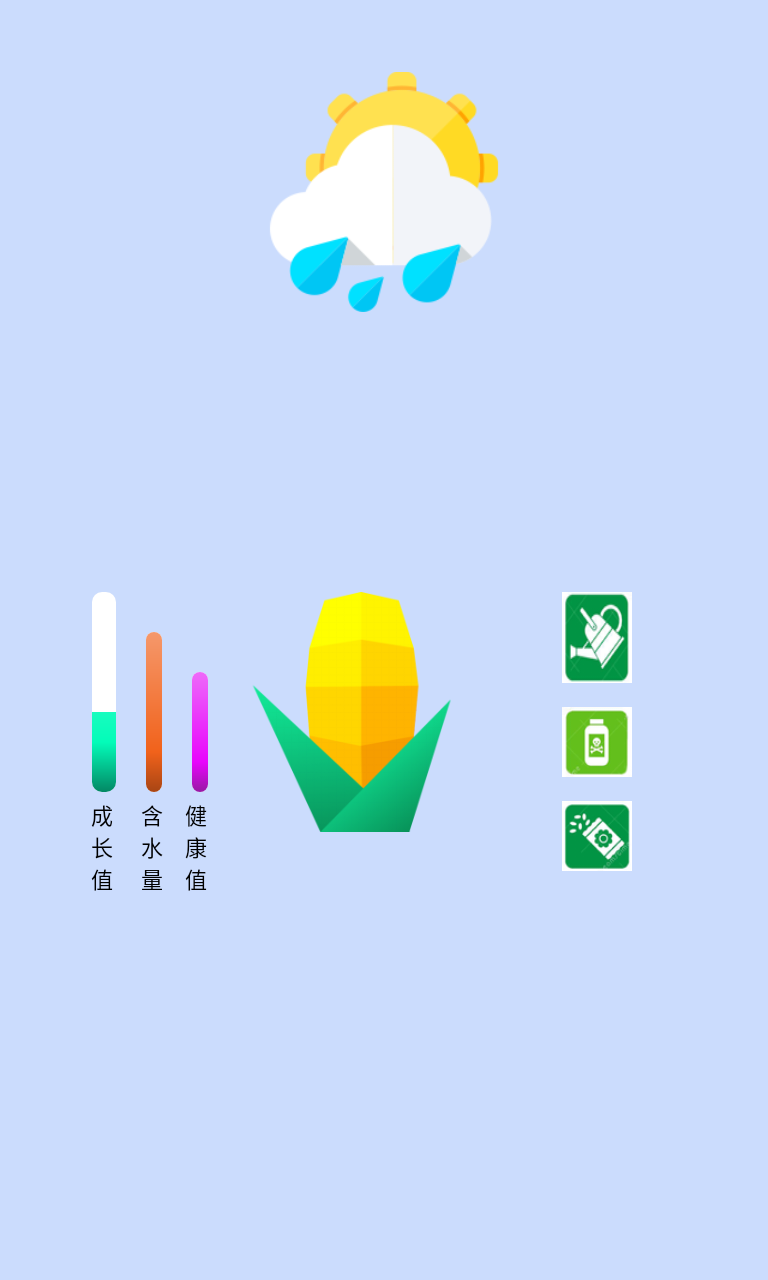
Repository: DraceWang/YumiTianqi
Layout: YumiTianqi/res/layout/fragment_main.xml
The author's editor kept a copy of each file at every save. The layout is drawn from the files as they stood at one save, then again after the next save.
It is drawn on a 768 x 1280 px phone screen (xhdpi) without system bars, with theme AppTheme; the app's code is not run. Lists and similar views that code fills are empty.

Above is the layout before, as saved 2015-05-20 02:46:31.

### YumiTianqi/res/layout/fragment_main.xml
<RelativeLayout xmlns:android="http://schemas.android.com/apk/res/android"
    xmlns:tools="http://schemas.android.com/tools"
    android:layout_width="match_parent"
    android:layout_height="match_parent"
    android:background="#cbdcfd"
    android:paddingBottom="@dimen/activity_vertical_margin"
    android:paddingLeft="@dimen/activity_horizontal_margin"
    android:paddingRight="@dimen/activity_horizontal_margin"
    android:paddingTop="@dimen/activity_vertical_margin"
    tools:context="com.boyumi.yumitianqi.MainActivity$PlaceholderFragment" >

    <TextView
        android:id="@+id/CityName"
        android:layout_width="wrap_content"
        android:layout_height="wrap_content"
        android:layout_marginLeft="20dp"
        android:layout_marginTop="20dp"
        android:textColor="#000"
        android:textSize="10pt" />

    <TextView
        android:id="@+id/currentTemperature"
        android:layout_width="wrap_content"
        android:layout_height="wrap_content"
        android:layout_alignParentRight="true"
        android:layout_alignTop="@+id/CityName"
        android:layout_marginRight="20dp"
        android:textColor="#000"
        android:textSize="10pt" />

    <ImageView
        android:id="@+id/WeatherIcon"
        android:layout_width="120dp"
        android:layout_height="120dp"
        android:layout_alignTop="@+id/CityName"
        android:layout_centerHorizontal="true"
        android:src="@drawable/sunnyrain" />

    <TextView
        android:layout_width="wrap_content"
        android:layout_height="wrap_content"
        android:id="@+id/WeatherCondition"
        android:layout_below="@+id/WeatherIcon"
        android:layout_centerHorizontal="true"
        android:layout_marginTop="5dp"
        android:textSize="10pt"
        android:textColor="#000"
        />

    <TextView
        android:layout_width="wrap_content"
        android:layout_height="wrap_content"
        android:id="@+id/date"
        android:layout_alignParentBottom="true"
        android:layout_alignParentRight="true"
        android:layout_marginRight="5dp"
        android:layout_marginBottom="2dp"
        android:textSize="5pt"
        android:textColor="#666"
        />

    <TableLayout android:layout_width="60dp" android:layout_height="wrap_content" android:id="@+id/btn_AQ" android:layout_above="@+id/body" android:layout_marginLeft="10dp" android:layout_marginBottom="-100dp">

        <TableRow android:layout_width="wrap_content" android:layout_height="wrap_content">
            <TextView android:id="@+id/AQ_title" android:layout_width="60dp" android:layout_height="20dp" android:layout_alignParentLeft="true" android:gravity="center" android:textSize="6pt" />
        </TableRow>

        <TableRow android:layout_width="wrap_content" android:layout_height="wrap_content">
            <TextView android:id="@+id/AQ_content" android:layout_width="60dp" android:layout_height="20dp" android:gravity="center" android:layout_below="@+id/AQ_title" />
        </TableRow>


    </TableLayout>
    <HorizontalScrollView
        android:id="@+id/body"
        android:layout_width="wrap_content"
        android:layout_height="match_parent"
        android:layout_below="@+id/WeatherIcon"
        android:layout_centerHorizontal="true"
        android:layout_marginTop="100dp"
        android:layout_alignParentBottom="true"
        android:scrollbars="none" >

        <LinearLayout
            android:layout_width="wrap_content"
            android:layout_height="wrap_content"
            android:orientation="horizontal" >

            <RelativeLayout
                android:layout_width="320dp"
                android:layout_height="wrap_content"
                android:paddingLeft="15dp" >

                <ImageView
                    android:id="@+id/cron"
                    android:layout_width="120dp"
                    android:layout_height="120dp"
                    android:layout_centerHorizontal="true"
                    android:layout_marginTop="40dp"
                    android:src="@drawable/cron" />

                <ProgressBar
                    android:id="@+id/progressBar_gv"
                    style="?android:attr/progressBarStyleHorizontal"
                    android:layout_width="12dp"
                    android:layout_height="100dp"
                    android:layout_alignTop="@+id/cron"
                    android:layout_marginLeft="15dp"
                    android:max="200"
                    android:progress="80"
                    android:progressDrawable="@drawable/mybar_gv" />

                <ProgressBar
                    android:id="@+id/progressBar_wv"
                    style="?android:attr/progressBarStyleHorizontal"
                    android:layout_width="8dp"
                    android:layout_height="80dp"
                    android:layout_above="@+id/Date"
                    android:layout_alignBottom="@+id/progressBar_gv"
                    android:layout_marginLeft="15dp"
                    android:layout_toRightOf="@+id/progressBar_gv"
                    android:max="50"
                    android:progress="80"
                    android:progressDrawable="@drawable/mybar_wv" />

                <ProgressBar
                    android:id="@+id/progressBar_hv"
                    style="?android:attr/progressBarStyleHorizontal"
                    android:layout_width="8dp"
                    android:layout_height="60dp"
                    android:layout_above="@+id/Date"
                    android:layout_alignBottom="@+id/progressBar_gv"
                    android:layout_marginLeft="15dp"
                    android:layout_toRightOf="@+id/progressBar_wv"
                    android:max="10"
                    android:progress="80"
                    android:progressDrawable="@drawable/mybar_hv" />

                <ImageButton
                    android:id="@+id/imageButton_water"
                    android:layout_width="35dp"
                    android:layout_height="35dp"
                    android:layout_above="@+id/imageButton_bug"
                    android:layout_alignParentRight="true"
                    android:layout_alignTop="@+id/cron"
                    android:layout_marginBottom="12dp"
                    android:layout_marginRight="20dp"
                    android:background="@drawable/water"
                    android:onClick="water"
                    android:scaleType="fitCenter" />

                <ImageButton
                    android:id="@+id/imageButton_bug"
                    android:layout_width="35dp"
                    android:layout_height="35dp"
                    android:layout_above="@+id/imageButton_feiliao"
                    android:layout_alignLeft="@+id/imageButton_water"
                    android:layout_alignParentRight="true"
                    android:layout_marginBottom="12dp"
                    android:layout_marginRight="20dp"
                    android:background="@drawable/bug"
                    android:scaleType="fitCenter" />

                <ImageButton
                    android:id="@+id/imageButton_feiliao"
                    android:layout_width="35dp"
                    android:layout_height="35dp"
                    android:layout_alignBottom="@+id/cron"
                    android:layout_alignLeft="@+id/imageButton_water"
                    android:layout_alignParentRight="true"
                    android:layout_marginRight="20dp"
                    android:layout_marginBottom="-20dp"
                    android:background="@drawable/feiliao"
                    android:scaleType="fitCenter" />

                <TextView
                    android:id="@+id/grown"
                    android:layout_width="12dp"
                    android:layout_height="wrap_content"
                    android:layout_alignLeft="@+id/progressBar_gv"
                    android:layout_below="@+id/progressBar_gv"
                    android:layout_marginTop="3dp"
                    android:layout_marginLeft="-1dp"
                    android:text="成长值"
                    android:textColor="#000"
                    android:textSize="5pt" />

                <TextView
                    android:id="@+id/water"
                    android:layout_width="12dp"
                    android:layout_height="wrap_content"
                    android:layout_alignLeft="@+id/progressBar_wv"
                    android:layout_below="@+id/progressBar_wv"
                    android:layout_marginTop="3dp"
                    android:layout_marginLeft="-3dp"
                    android:text="含水量"
                    android:textColor="#000"
                    android:textSize="5pt" />

                <TextView
                    android:id="@+id/healthy"
                    android:layout_width="12dp"
                    android:layout_height="wrap_content"
                    android:layout_alignLeft="@+id/progressBar_hv"
                    android:layout_below="@+id/progressBar_hv"
                    android:layout_marginTop="3dp"
                    android:layout_marginLeft="-4dp"
                    android:text="健康值"
                    android:textColor="#000"
                    android:textSize="5pt" />
            </RelativeLayout>

            <ListView
                android:id="@+id/forecast"
                android:layout_width="320dp"
                android:layout_height="wrap_content"
                android:layout_marginTop="40dp"
                android:layout_marginLeft="30dp"
                android:paddingRight="15dp">
            </ListView>
        </LinearLayout>
    </HorizontalScrollView>




</RelativeLayout>

### YumiTianqi/res/drawable-mdpi/mybar_gv.xml
<?xml version="1.0" encoding="utf-8"?>
<layer-list xmlns:android="http://schemas.android.com/apk/res/android" >
    <item android:id="@android:id/background" >
        <shape>
            <corners android:radius="5dip" />
            <gradient
                	android:startColor="#ffffff"
                    android:centerColor="#ffffff"
                    android:endColor="#ffffff"
                    android:angle="270"
            />
        </shape>
    </item>

     <item android:id="@android:id/progress">
        <clip android:clipOrientation="vertical"
            android:gravity="bottom">
            <shape>
                <corners android:radius="5dip" />
                <gradient
                        android:startColor="#6cfcd5"
                        android:centerColor="#03fcb9"
                        android:centerX="0.75"
                        android:endColor="#038864"
                        android:angle="270"
                />
            </shape>
        </clip>
    </item>


</layer-list>

### YumiTianqi/res/drawable-mdpi/mybar_wv.xml
<?xml version="1.0" encoding="utf-8"?>
<layer-list xmlns:android="http://schemas.android.com/apk/res/android" >
    <item android:id="@android:id/background" >
        <shape>
            <corners android:radius="5dip" />
            <gradient
                	android:startColor="#ffffff"
                    android:centerColor="#ffffff"
                    android:endColor="#ffffff"
                    android:angle="270"
            />
        </shape>
    </item>

     <item android:id="@android:id/progress">
        <clip android:clipOrientation="vertical"
            android:gravity="bottom">
            <shape>
                <corners android:radius="5dip" />
                <gradient
                        android:startColor="#f5986b"
                        android:centerColor="#f1621b"
                        android:centerX="0.75"
                        android:endColor="#a84514"
                        android:angle="270"
                />
            </shape>
        </clip>
    </item>


</layer-list>

### YumiTianqi/res/drawable-mdpi/mybar_hv.xml
<?xml version="1.0" encoding="utf-8"?>
<layer-list xmlns:android="http://schemas.android.com/apk/res/android" >
    <item android:id="@android:id/background" >
        <shape>
            <corners android:radius="5dip" />
            <gradient
                	android:startColor="#ffffff"
                    android:centerColor="#ffffff"
                    android:endColor="#ffffff"
                    android:angle="270"
            />
        </shape>
    </item>

     <item android:id="@android:id/progress">
        <clip android:clipOrientation="vertical"
            android:gravity="bottom">
            <shape>
                <corners android:radius="5dip" />
                <gradient
                        android:startColor="#ed6af9"
                        android:centerColor="#e805fc"
                        android:centerX="0.75"
                        android:endColor="#9818a4"
                        android:angle="270"
                />
            </shape>
        </clip>
    </item>


</layer-list>

Loaded but not shown: YumiTianqi/res/values/styles.xml (common file); YumiTianqi/res/values-v11/styles.xml (common file); YumiTianqi/res/values-v14/styles.xml (common file); YumiTianqi/res/values/dimens.xml (common file); YumiTianqi/res/values-w820dp/dimens.xml (common file)

After the next save:
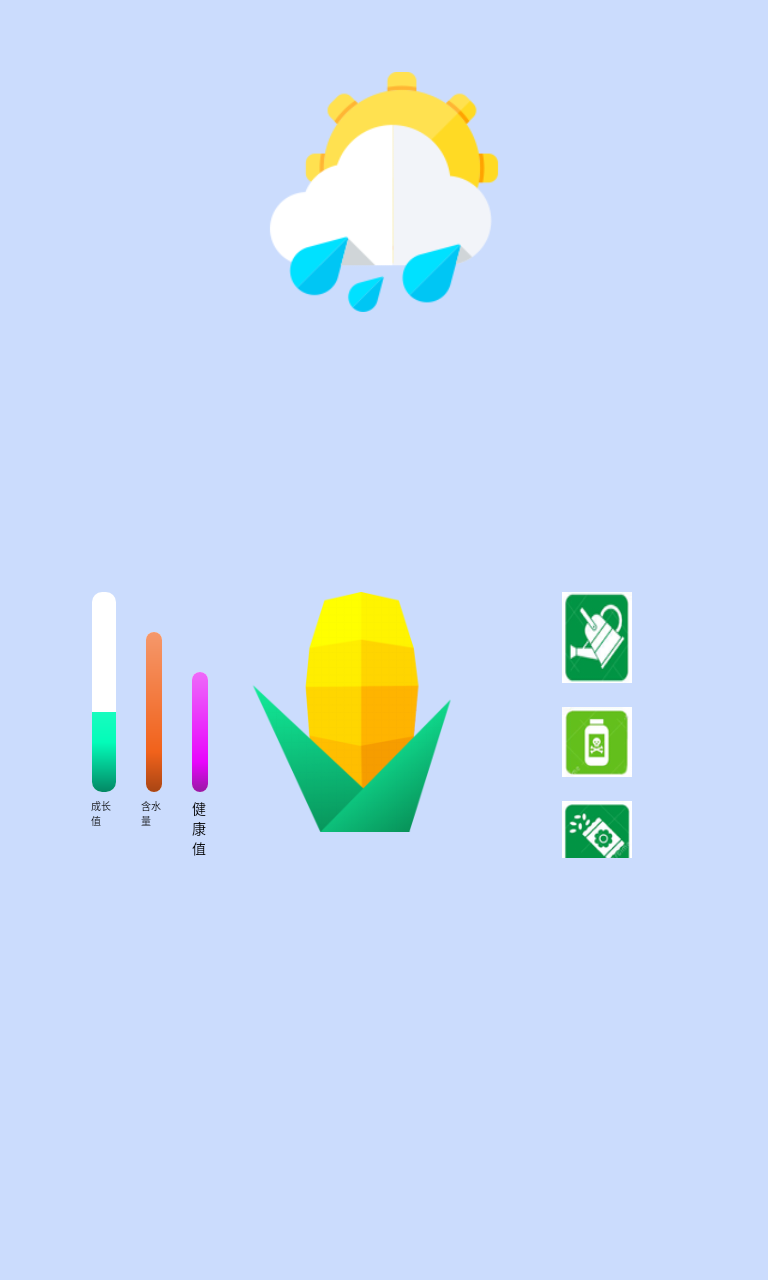
Saved 24 h 25 min later.
--- a/YumiTianqi/res/layout/fragment_main.xml
+++ b/YumiTianqi/res/layout/fragment_main.xml
@@ -16,7 +16,7 @@
         android:layout_marginLeft="20dp"
         android:layout_marginTop="20dp"
         android:textColor="#000"
-        android:textSize="10pt" />
+        android:textSize="10sp" />
 
     <TextView
         android:id="@+id/currentTemperature"
@@ -26,7 +26,7 @@
         android:layout_alignTop="@+id/CityName"
         android:layout_marginRight="20dp"
         android:textColor="#000"
-        android:textSize="10pt" />
+        android:textSize="10sp" />
 
     <ImageView
         android:id="@+id/WeatherIcon"
@@ -43,7 +43,7 @@
         android:layout_below="@+id/WeatherIcon"
         android:layout_centerHorizontal="true"
         android:layout_marginTop="5dp"
-        android:textSize="10pt"
+        android:textSize="10sp"
         android:textColor="#000"
         />
 
@@ -55,14 +55,14 @@
         android:layout_alignParentRight="true"
         android:layout_marginRight="5dp"
         android:layout_marginBottom="2dp"
-        android:textSize="5pt"
+        android:textSize="5sp"
         android:textColor="#666"
         />
 
     <TableLayout android:layout_width="60dp" android:layout_height="wrap_content" android:id="@+id/btn_AQ" android:layout_above="@+id/body" android:layout_marginLeft="10dp" android:layout_marginBottom="-100dp">
 
         <TableRow android:layout_width="wrap_content" android:layout_height="wrap_content">
-            <TextView android:id="@+id/AQ_title" android:layout_width="60dp" android:layout_height="20dp" android:layout_alignParentLeft="true" android:gravity="center" android:textSize="6pt" />
+            <TextView android:id="@+id/AQ_title" android:layout_width="60dp" android:layout_height="20dp" android:layout_alignParentLeft="true" android:gravity="center" android:textSize="6sp" />
         </TableRow>
 
         <TableRow android:layout_width="wrap_content" android:layout_height="wrap_content">
@@ -183,7 +183,7 @@
                     android:layout_marginLeft="-1dp"
                     android:text="成长值"
                     android:textColor="#000"
-                    android:textSize="5pt" />
+                    android:textSize="5sp" />
 
                 <TextView
                     android:id="@+id/water"
@@ -195,7 +195,7 @@
                     android:layout_marginLeft="-3dp"
                     android:text="含水量"
                     android:textColor="#000"
-                    android:textSize="5pt" />
+                    android:textSize="5sp" />
 
                 <TextView
                     android:id="@+id/healthy"
@@ -204,10 +204,9 @@
                     android:layout_alignLeft="@+id/progressBar_hv"
                     android:layout_below="@+id/progressBar_hv"
                     android:layout_marginTop="3dp"
-                    android:layout_marginLeft="-4dp"
                     android:text="健康值"
                     android:textColor="#000"
-                    android:textSize="5pt" />
+                    android:textSize="7sp" />
             </RelativeLayout>
 
             <ListView
